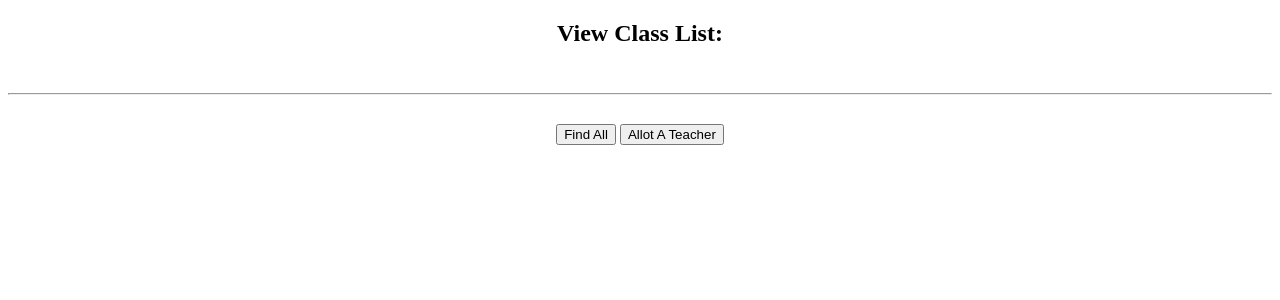
Repository: mdzeyan/JavaFSD-phase2-project
Page: Learners_Academy/src/main/webapp/AllotTeacher.html
These files come from the project's save history. The page is drawn as it stood at one moment and after the next save; the edit follows.
The browser window is 1280 px wide. The pictures show the whole page.

Above is the page before, as saved 2022-03-31 13:46:27.

After the next save:
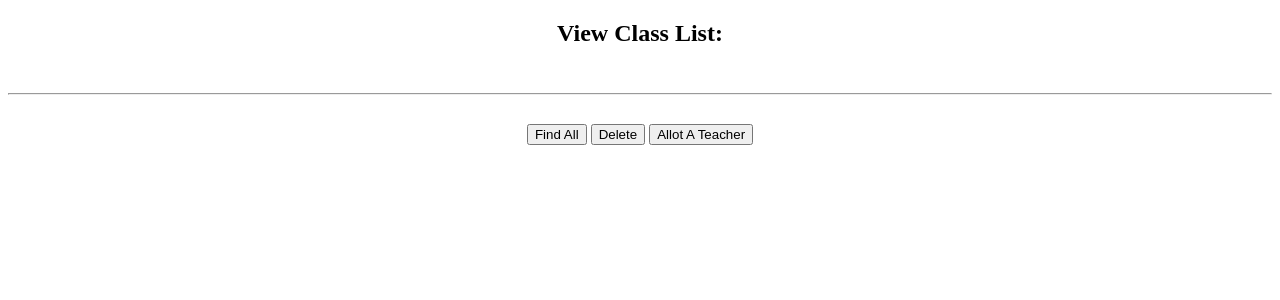
Saved 59 s later.
--- a/Learners_Academy/src/main/webapp/AllotTeacher.html
+++ b/Learners_Academy/src/main/webapp/AllotTeacher.html
@@ -15,6 +15,7 @@
 
 		<tr>
 			<td align="center"><input type="submit" value="Find All" name="button"></td>
+			<td align="center"><input type="submit" value="Delete" name="button"></td>
 			<td align="center"><input type="submit" value="Allot A Teacher" name="button"></td>
 		</tr>
 
